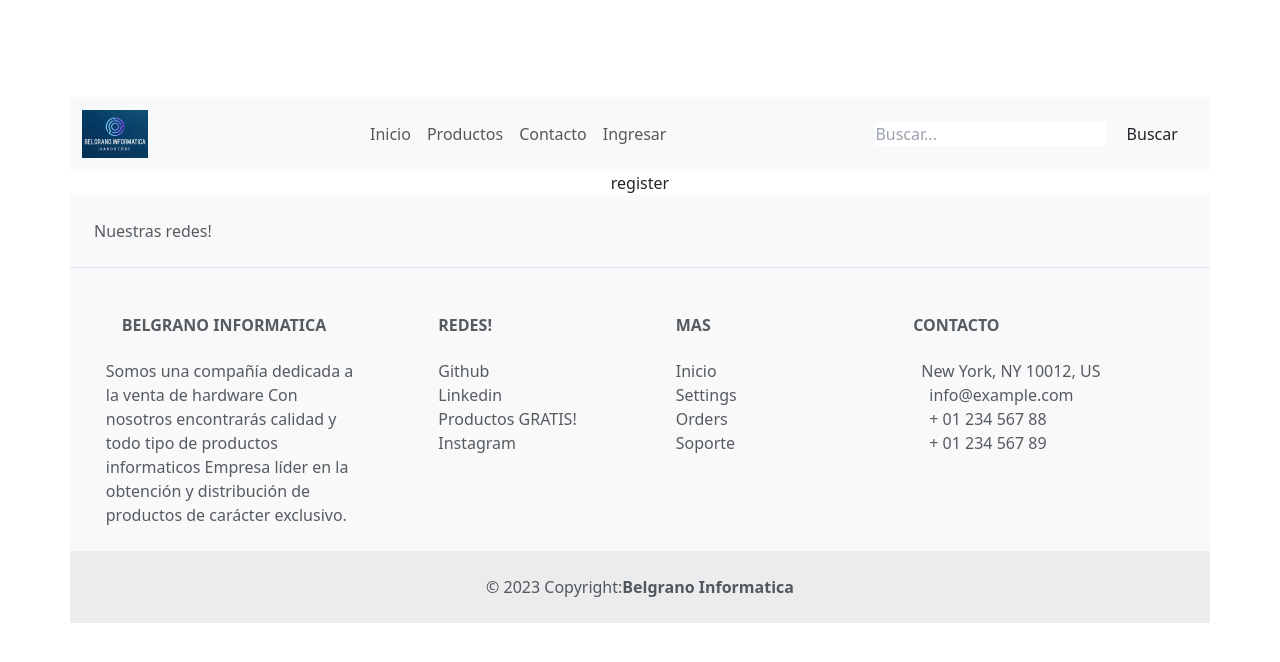
Repository: QuimeyAlejo/Belgrano-Front
Page: /register
An editor plug-in stored every save of this project. The page is shown before and after the next save, followed by the edit.
The browser window is 1280 px wide. The pictures show the whole page.
The project was rebuilt for these pictures with package versions that can differ from the ones it lists, and the page was loaded fresh each time. Also part of the build but not shown: vite.config.js, src/components/CSS/card.css, src/components/home/card.jsx, src/components/filter/paginado.jsx, src/components/home/products.jsx, src/components/Cloudinary.jsx, src/components/Detail/detail.jsx, src/components/login/login.css and 1 more.

Above is the page before, as saved 2023-08-14 17:25:20.

### index.html
<!DOCTYPE html>
<html lang="en">
  <head>
    <meta charset="UTF-8" />
    <link rel="icon" type="image/svg+xml" href="/src/img/new logo 3.jpg" />
    <meta name="viewport" content="width=device-width, initial-scale=1.0" />
    <title>Belgrano Informatica</title>
  </head>
  <body>
    <div id="root"></div>
    <script type="module" src="/src/main.jsx"></script>
  </body>
</html>

### src/main.jsx
import React from 'react';
import { createRoot } from 'react-dom/client';
import { Provider } from 'react-redux';
import { store } from './redux/store';
import App from './App';
import './index.css';
import 'bootstrap/dist/css/bootstrap.min.css';

createRoot(document.getElementById('root')).render(
  <Provider store={store}>
    <React.StrictMode>
      <App />
    </React.StrictMode>
  </Provider>
);

### src/redux/store/index.jsx
import { createStore, applyMiddleware } from 'redux';
import { composeWithDevTools } from 'redux-devtools-extension';
import thunk from 'redux-thunk';
import rootReducer from '../reducer/reducer';

export const store = createStore(rootReducer, composeWithDevTools(applyMiddleware(thunk)))

### src/App.jsx
import { BrowserRouter, Routes, Route } from 'react-router-dom';
import './App.css'
// import LandingPage from './components/LandingPage'
import Footer from './components/Footer/footer';
import Products from './components/home/products';
import Navbar1 from './components/NavBar/navbar';
import UploadImage from '../src/components/Cloudinary'
import DetailCard from './components/Detail/detail';
import 'bootstrap/dist/css/bootstrap.min.css';
import Login from './components/login/login';
import Register from './components/login/register';




function App() {

  return (
    <BrowserRouter>
    <>
    {/* <LandingPage/> */}
    <Navbar1/>
    <Routes>
    <Route exact path='/' element={< Products/>} />
    <Route exact path='/uploadImage' element={< UploadImage/>} />
    {/* <Route exact path='/products/id/:id' render={({ match }) => <DetailCard id={match.params.id} />} /> */}
    <Route path="/products/id/:id" element={<DetailCard />} />
    {/* <Route exact path='/products/id/:id' element={<DetailCard />} /> */}
    <Route exact path="/login" element={<Login/>}/>
    <Route exact path="/register" element={<Register/>}/>
    {/* <Route exact path='/uploadMultipleImages' element={< Cloudinary/>} /> */}
    </Routes>
    <Footer/>
    </>
    </BrowserRouter>
  )
}

export default App

/*
    <import React, { useEffect, useState } from 'react';
import axios from 'axios';

const App = () => {
  const [products, setProducts] = useState([]);

  useEffect(() => {
    // Realizar una solicitud GET al backend para obtener todos los productos
    axios.get('http://localhost:3525/products')
      .then(response => {
        // Actualizar el estado con los productos obtenidos del backend
        setProducts(response.data);
      })
      .catch(error => {
        console.log(error);
      });
  }, []);

  return (
    <div>
      <h2>Lista de productos</h2>
      <ul>
        {products.map(product => (
          <li key={product.id}>
            {product.name} - {product.price}
          </li>
        ))}
      </ul>
    </div>
  );
};

export default App;


*/

### src/redux/reducer/reducer.jsx
const initialState = {
  products: [],
  allproducts: [],
  // detail: [],
  detail: {},
};

function rootReducer(state = initialState, action) {
  switch (action.type) {
    case "GET_PRODUCTS":
      return {
        ...state,
        products: action.payload,
        allproducts: action.payload,
      };


    case "GET_filterByTypeProduct":
    // case "GET_PRODUCTSTYPE":
      const allProducts = state.allproducts;
      const tipoFilter =
        action.payload === "All"
          ? allProducts
          : allProducts.filter((e) => e.tipo === action.payload);
      // console.log(JSON.stringify(tipoFilter) + 'asd');
      return {
        ...state,
        products: tipoFilter,
      };
    //---------------------------------------------------------------------------------------------------------------------------------------------//
    case "ORDER_BY_PRICE":
      let sortedForPrice =
        action.payload === "may"
          ? state.products.sort((a, b) => a.precio - b.precio)
          : state.products.sort((a, b) => b.precio - a.precio);
      // console.log(JSON.stringify(sortedForPrice) + "identificador")
      return {
        ...state,
        products: sortedForPrice,
      };

    //---------------------------------------------------------------------------------------------------------------------------------------------//
    //---------------------------------------------------------------------------------------------------------------------------------------------------------------------------//
    case "CLEAN_DETAIL":
      return {
        ...state,
        detail: {},
        // detail: []
      };
    //---------------------------------------------------------------------------------------------------------------------------------------------------------------------------//
    case "GET_PRODUCT_ID":
      return {
        ...state,
        detail: action.payload,
      };

    default:
      return state;
  }
}

export default rootReducer;

### src/components/Footer/footer.jsx
// import {
//   MDBFooter,
//   MDBContainer,
//   MDBCol,
//   MDBRow,
//   MDBIcon,

// } from 'mdb-react-ui-kit';

// export default function Footer() {
//   return (
//     <MDBFooter bgColor='light' className='text-center text-lg-start text-muted' >

//       <div className='text-black' style={{ backgroundColor: 'rgba(0, 0, 0, 0.1)' }}>
//         <section className='d-flex justify-content-center justify-content-lg-between p-50 border-bottom border-top border-1 border-secondary' >
//           <div className='me-5 d-none d-lg-block'>
//             <span>Nuestras redes sociales:</span>
//           </div>

//           <div>
//             <a href='https://www.youtube.com/watch?v=dQw4w9WgXcQ&ab_channel=RickAstley' className='me-4 text-reset'>
//               <MDBIcon fab icon='youtube' />
//             </a>
//             <a href='https://www.youtube.com/watch?v=dQw4w9WgXcQ&ab_channel=RickAstley' className='me-4 text-reset'>
//               <MDBIcon fab icon='github' />
//             </a>
//             <a href='https://www.youtube.com/watch?v=dQw4w9WgXcQ&ab_channel=RickAstley' className='me-4 text-reset'>
//               <MDBIcon fab icon='github' />
//             </a>
//           </div>
//         </section>

//         <section className=''>
//           <MDBContainer className='text-center text-md-start mt-50'>
//             <MDBRow className='mt-3'>
//               <MDBCol md='3' lg='4' xl='3' className='mx-auto mb-4'>
//                 <h6 className='text-uppercase fw-bold mb-4' color='light'>
//                   <MDBIcon icon='gem' className='me-3' />
//                   Belgrano Informatica
//                 </h6>
//                 <p>
//                   Somos una compañía dedicada a la venta de hardware
//                   <br />
//                   Con nosotros encontrarás calidad y todo tipo de productos informaticos
//                   <br />
//                   Empresa líder en la obtención y distribución de productos de carácter exclusivo.
//                 </p>
//               </MDBCol>

//               <MDBCol md='3' lg='2' xl='2' className='mx-auto mb-4'>
//                 <h6 className='text-uppercase fw-bold mb-4'>Links útiles</h6>
//                 <p>
//                   <a href='/' className='text-reset'>
//                     Productos
//                   </a>
//                 </p>
//                 <p>
//                   <a href='/' className='text-reset'>
//                     Ofertas
//                   </a>
//                 </p>
//                 <p>
//                   <a href='/' className='text-reset'>
//                     Ingresar
//                   </a>
//                 </p>
//                 <p>
//                   <a href='/' className='text-reset'>
//                     Carrito
//                   </a>
//                 </p>
//               </MDBCol>

//               <MDBCol md='4' lg='3' xl='3' className='mx-auto mb-md-0 mb-4'>
//                 <h6 className='text-uppercase fw-bold mb-4'>Contact</h6>
//                 <p>
//                   <MDBIcon icon='home' className='me-2' />
//                   P. Sherman, calle Wallaby 42, Sidney
//                 </p>
//                 <p>
//                   <MDBIcon icon='envelope' className='me-3' />
//                   BelgranoGroup@gmail.com
//                 </p>
//                 <p>
//                   <MDBIcon icon='phone' className='me-3' /> + 1 234 56
//                 </p>
//                 <p>
//                   <MDBIcon icon='print' className='me-3' /> + 244466666
//                 </p>
//               </MDBCol>
//             </MDBRow>
//           </MDBContainer>
//         </section>

//         <div className='text-center p-4 bg-primary bg-gradient text-white border-top border-2 '>
//           © 2023 Copyright:
//           <a className='text-reset fw-bold' href='#'>
//             Belgrano Group
//           </a>
//         </div>
//       </div>
//     </MDBFooter>
//   );
// }

// -------------------------------------------------------------------------------------------------------------------------------------//
import React from "react";
import {
  MDBFooter,
  MDBContainer,
  MDBRow,
  MDBCol,
  MDBIcon,
} from "mdb-react-ui-kit";

export default function Footer() {
  return (
    <MDBFooter bgColor="light" className="text-center text-lg-start text-muted">
      <section className="d-flex justify-content-center justify-content-lg-between p-4 border-bottom">
        <div className="me-5 d-none d-lg-block">
          <span>Nuestras redes! </span>
        </div>

        <div>
          <a href="" className="me-4 text-reset">
            <MDBIcon fab icon="instagram" />
          </a>
          <a href="" className="me-4 text-reset">
            <MDBIcon fab icon="google" />
          </a>
          <a href="" className="me-4 text-reset">
            <MDBIcon fab icon="instagram" />
          </a>
          <a href="" className="me-4 text-reset">
            <MDBIcon fab icon="linkedin" />
          </a>
          <a href="" className="me-4 text-reset">
            <MDBIcon fab icon="github" />
          </a>
        </div>
      </section>

      <section className="">
        <MDBContainer className="text-center text-md-start mt-5">
          <MDBRow className="mt-3">
            <MDBCol md="3" lg="4" xl="3" className="mx-auto mb-4">
              <h6 className="text-uppercase fw-bold mb-4">
                <MDBIcon icon="gem" className="me-3" />
                Belgrano Informatica
              </h6>
              Somos una compañía dedicada a la venta de hardware Con nosotros
              encontrarás calidad y todo tipo de productos informaticos Empresa
              líder en la obtención y distribución de productos de carácter
              exclusivo.
            </MDBCol>

            <MDBCol md="2" lg="2" xl="2" className="mx-auto mb-4">
              <h6 className="text-uppercase fw-bold mb-4">Redes!</h6>
              <p>
                <a href="https://github.com/QuimeyAlejo" className="text-reset">
                  Github
                </a>
              </p>
              <p>
                <a href="https://www.linkedin.com/in/quimey-alejo-lopez-199431202/" className="text-reset">
                  Linkedin
                </a>
              </p>
              <p>
                <a href="https://www.youtube.com/watch?v=gXGYLpHNRss" className="text-reset">
                  Productos GRATIS!
                </a>
              </p>
              <p>
                <a href="https://www.instagram.com/belgrano_informatica/" className="text-reset">
                  Instagram
                </a>
              </p>
            </MDBCol>

            <MDBCol md="3" lg="2" xl="2" className="mx-auto mb-4">
              <h6 className="text-uppercase fw-bold mb-4">Mas</h6>
              <p>
                <a href="#" className="text-reset">
                  Inicio
                </a>
              </p>
              <p>
                <a href="#" className="text-reset">
                  Settings
                </a>
              </p>
              <p>
                <a href="https://www.instagram.com/belgrano_informatica/" className="text-reset">
                  Orders
                </a>
              </p>
              <p>
                <a href="https://www.instagram.com/belgrano_informatica/" className="text-reset">
                  Soporte
                </a>
              </p>
            </MDBCol>

            <MDBCol md="4" lg="3" xl="3" className="mx-auto mb-md-0 mb-4">
              <h6 className="text-uppercase fw-bold mb-4">Contacto</h6>
              <p>
                <MDBIcon icon="home" className="me-2" />
                New York, NY 10012, US
              </p>
              <p>
                <MDBIcon icon="envelope" className="me-3" />
                info@example.com
              </p>
              <p>
                <MDBIcon icon="phone" className="me-3" /> + 01 234 567 88
              </p>
              <p>
                <MDBIcon icon="print" className="me-3" /> + 01 234 567 89
              </p>
            </MDBCol>
          </MDBRow>
        </MDBContainer>
      </section>

      <div
        className="text-center p-4"
        style={{ backgroundColor: "rgba(0, 0, 0, 0.05)" }}
      >
        © 2023 Copyright:
        <a className="text-reset fw-bold" href="#">
          Belgrano Informatica
        </a>
      </div>
    </MDBFooter>
  );
}

### src/components/NavBar/navbar.jsx
import Container from "react-bootstrap/Container";
import Nav from "react-bootstrap/Nav";
import Navbar from "react-bootstrap/Navbar";
// import React from 'react';
// import { Link } from 'react-router-dom';
import belgrano from "../../img/belgrano.jpg";
import SearchBar from "../SearchBar/searchBar";

function Navbar1() {
  return (
    <Navbar expand="lg" className="bg-body-tertiary">
      <Container fluid>
        <Navbar.Brand href="#">
          {" "}
          <Nav.Link to="/">
            <img
              src={belgrano}
              alt="Recargar productos"
              className="img-fluid w-25"
            />
          </Nav.Link>
        </Navbar.Brand>
        <Navbar.Toggle aria-controls="navbarScroll" />
        <Navbar.Collapse id="navbarScroll">
          <Nav
            className="me-auto my-2 my-lg-0"
            style={{ maxHeight: "100px" }}
            navbarScroll
          >
            <Nav.Link href="/">Inicio</Nav.Link>
            <Nav.Link href="/productos">Productos</Nav.Link>
            <Nav.Link href="/contacto">Contacto</Nav.Link>
            <Nav.Link href="/login">Ingresar</Nav.Link>
          </Nav>
          <SearchBar />
        </Navbar.Collapse>
      </Container>
    </Navbar>
  );
}

export default Navbar1;

### src/components/login/register.jsx
import React from 'react'

export default function register() {
  return (
    <div>register</div>
  )
}

### src/redux/actions/actions.jsx
import axios from 'axios';

export function getProducts() {
  return async function (dispatch) {
      var json = await axios.get('http://localhost:3000/products')
      // var json = await axios.get('https://belgrano-backend.onrender.com/products')

      return dispatch({
          type: 'GET_PRODUCTS',
          payload: json.data
      })
  }
}export function getProductsType() {
  return async function (dispatch) {
      var json = await axios.get('http://localhost:3000/products/:tipo')


      return dispatch({
          type: 'GET_PRODUCTSTYPE',
          payload: json.data
      })
  }
}
export function filterByTypeProduct(payload){
    return{
        type: 'GET_filterByTypeProduct',
        payload
    }
}
//----------------------------FUNCION DE ORDENAMIENTO DE PRODUCTOS POR BACKEND----------------------------------------//
// export function filterByTypeProduct2(){
// return async function (dispatch) {
//     var json = await axios.get('/productos/tipo/:tipo')

//     return dispatch({
//         type: 'GET_filterByTypeProduct',
//         payload:json.data
//     })
// }}
export function filterForPrice(payload){
    return{
        type:'ORDER_BY_PRICE',
        payload
    }
}
export function getProductsForID(id) {
  return async function (dispatch) {
    try {
      let json = await axios.get(`http://localhost:3000/products/id/${id}`);
      // let json = await axios.get(`https://belgrano-backend.onrender.com/products/id/${id}`);
      return dispatch({
        type: 'GET_PRODUCT_ID',
        payload: json.data,
      });
    } catch (error) {
      console.log(error);
    }
  };
}

export function cleanDetail(){
    return{
        type: 'CLEAN_DETAIL'
    }
}

### src/components/SearchBar/searchBar.jsx
import React from "react";
import { useState} from 'react';
import { useDispatch, useSelector } from 'react-redux';
import { getProducts } from "../../redux/actions/actions";


function SearchBar ({setCurrentPage}){
    const dispatch = useDispatch();
    const [name, setName] = useState("")
    const allProd= useSelector(state => state.allproducts)
    console.log (allProd + "quien soy")


    function handleInputChange(e){
      e.preventDefault()
      setName (e.target.value)


    }

    function handleSubmit(e){
      e.preventDefault()
      console.log(name)


    //   const productFilter = allProd.filter(e => e.modelo? e.modelo : e.brand)
      const productFilter = allProd.filter(e => e.modelo.includes(name))
      if(name && (!productFilter || productFilter.length === 0)){
          alert('No existe el producto ingresado!')
      }

      else if(!name){
          alert('¡Para buscar ingrese un nombre!')
      }
      else{
        dispatch( getProducts(name))
          setName('')
          // setCurrentPage(1)
      }
    }

    return (
     <div>
        <div>
      <input
      value={name}
        type='text'
        placeholder='Buscar...'
        onChange={(e)=> handleInputChange(e)}/>
        <button onClick={(e) => handleSubmit(e)}>Buscar</button>
          </div>
     </div>
    )

  }

  export default SearchBar

Loaded but not shown: src/index.css (common file); src/App.css (common file)

After the next save:
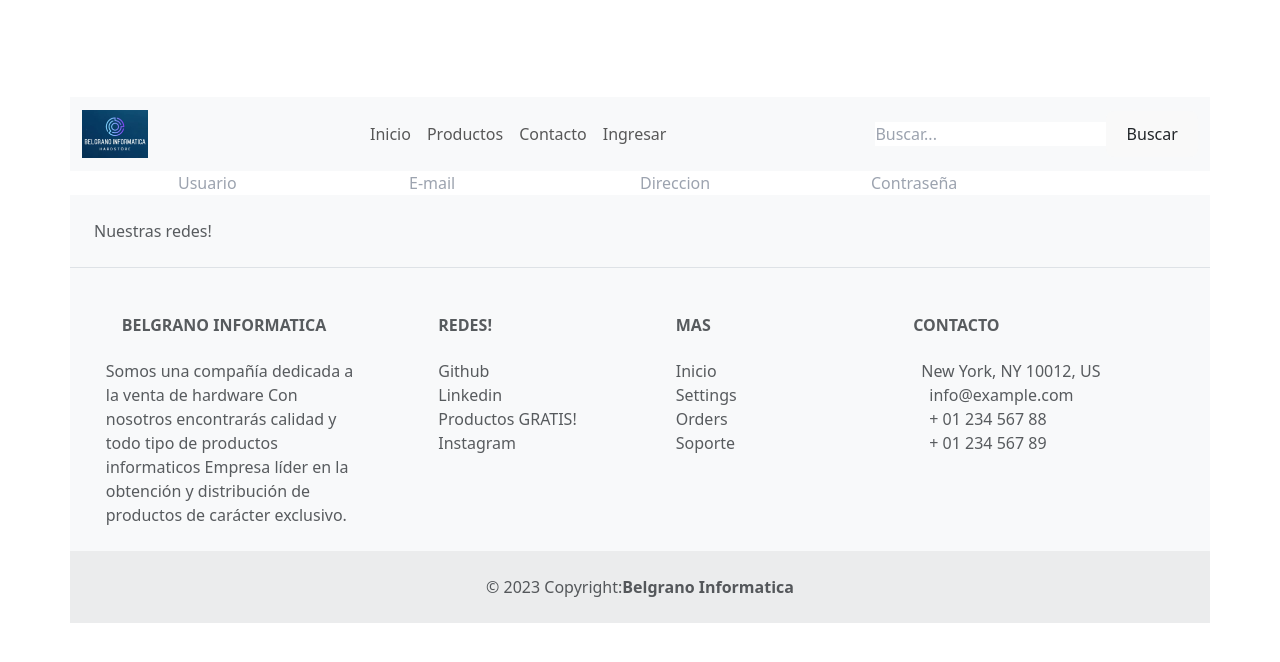
Saved 4 min 12 s later.
--- a/src/components/login/register.jsx
+++ b/src/components/login/register.jsx
@@ -1,7 +1,46 @@
-import React from 'react'
+import React, { useState } from 'react'
 
 export default function register() {
+    const [username, setUsername] = useState('');
+  const [password, setPassword] = useState('');
+  const [email, setEmail ]= useState('');
+  const [adress, setAdress] = useState('');
+  const [isLoggedIn, setIsLoggedIn] = useState(false);
   return (
-    <div>register</div>
+    <div>
+
+        <form>
+        <input
+            type="text"
+            placeholder="Usuario"
+            value={username}
+            onChange={(e) => setUsername(e.target.value)}
+          />
+          <input
+            type="text"
+            placeholder="E-mail"
+            value={email}
+            onChange={(e) => setEmail(e.target.value)}
+          />
+          <input
+            type="text"
+            placeholder="Direccion"
+            value={adress}
+            onChange={(e) => setAdress(e.target.value)}
+          />
+          {/* <input
+            type="text"
+            placeholder="Usuario"
+            value={username}
+            onChange={(e) => setUsername(e.target.value)}
+          /> */}
+           <input
+            type="password"
+            placeholder="Contraseña"
+            value={password}
+            onChange={(e) => setPassword(e.target.value)}
+          />
+        </form>
+    </div>
   )
 }
